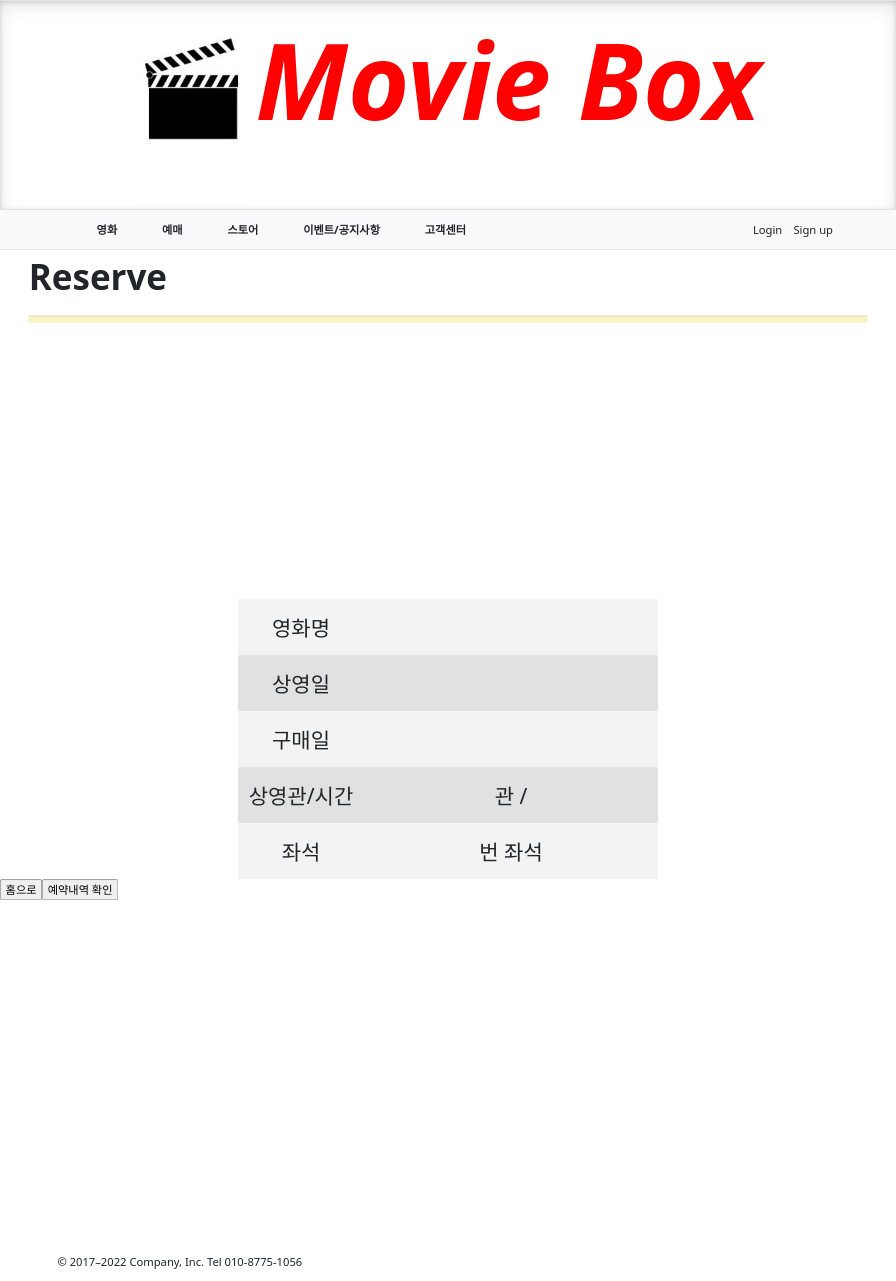
Repository: SpearManCN/MovieBox-2nd-Project-
Page: http://localhost/prj_01/WEB-INF/views/reserveInfo.jsp
The author's editor kept a copy of each file at every save. The page is drawn from the files as they stood at one save, then again after the next save.
The browser window is 1280 px wide. The pictures show the whole page, at 70% of full size.
The page is served by Tomcat 9. Nobody is signed in. Other server files are loaded and not shown. The template is opened directly, without the code that normally fills it, so the values that code supplies are empty.

Above is the page before, as saved 2022-12-20 12:53:11.

### Second project/prj_01/src/main/webapp/WEB-INF/views/reserveInfo.jsp
<%@ page language="java" contentType="text/html; charset=UTF-8"
    pageEncoding="UTF-8"%>
        <%@taglib prefix="c" uri="http://java.sun.com/jsp/jstl/core" %>
<!DOCTYPE html>
<html>
<head>
<meta name="viewport" content="width=device-width, initial-scale=1">
<meta charset="UTF-8">
<link href="https://cdn.jsdelivr.net/npm/bootstrap@5.2.3/dist/css/bootstrap.min.css" rel="stylesheet" integrity="sha384-rbsA2VBKQhggwzxH7pPCaAqO46MgnOM80zW1RWuH61DGLwZJEdK2Kadq2F9CUG65" crossorigin="anonymous">
<script src="/js/jquery-1.11.0.min.js"></script>

<script>
	$(function(){
		var seatStatus = "${requestScope.seatInfo}";


		for(var i=1; i<26; i++){
			if(seatStatus.charAt(i-1)=="0"){
				$("[name=s"+i+"]").css("background-color","red");
				$("[name=selSeat]").append("<option value="+i+">"+i+"</option>");
			}

		}return;



	});



</script>



























</head>
<body>
<%@include file="/WEB-INF/views/commonHeader.jsp" %>

<center>
<table width="1200px">
	<tr>
	<td align="left"><span style="font-size:50px; font-weight:bold;">Reserve</span>
	<tr>
	<td><hr style="height:10px; background-color:#EDD200;">
	<tr>
</table>
</center>
<br>
<br>






<table align="center" width="600px">
 <tr><td  height="330px" colspan="2"></td>
 </tr>
 <tr bgcolor="#F3F3F3" height="80px"><td align="center" width="30%" style="font-size:30px;">영화명</td><td align="center" style="font-size:30px;">${requestScope.reserveInfo["MOVIENAME"]}</td>
</tr>
 <tr bgcolor="#E1E1E1" height="80px"><td align="center" style="font-size:30px;">상영일</td><td align="center" style="font-size:30px;">${requestScope.reserveInfo["SHOWDATE"]}</td>
</tr>
 <tr bgcolor="#F3F3F3" height="80px"><td align="center" style="font-size:30px;">구매일</td><td align="center" style="font-size:30px;">${requestScope.reserveInfo["BUYDATE"]}</td>
</tr>
 <tr bgcolor="#E1E1E1" height="80px"><td align="center" style="font-size:30px;">상영관/시간</td><td align="center" style="font-size:30px;">${requestScope.reserveInfo["THEATERNO"]}관 / ${requestScope.reserveInfo["STARTTIME"]}</td>
</tr>
<tr bgcolor="#F3F3F3" height="80px"><td align="center" style="font-size:30px;">좌석</td><td align="center" style="font-size:30px;">${requestScope.reserveInfo["SEATNO"]}번 좌석</td>
</tr>
</table>
<input align="center" type="button" value="홈으로"><input aling="center" type="button" value="예약내역 확인">

<br><br><br><br><br><br><br><br>
















<%@include file="/WEB-INF/views/commonFooter.jsp" %>
</body>
</html>

### Second project/prj_01/src/main/webapp/WEB-INF/views/commonHeader.jsp
<%@ page language="java" contentType="text/html; charset=UTF-8"
    pageEncoding="UTF-8"%>



<script src="/js/jquery-1.11.0.min.js"></script>
<script>
function goLogin(){document.commonForm.action="/loginForm.do";document.commonForm.submit(); }
function goLoginJoin(){document.commonForm.action="/loginJoinForm.do";document.commonForm.submit();}
function goMyPage(){document.commonForm.action="/myPageHome.do";document.commonForm.submit(); }
function goMainForm(){document.commonForm.action="/mainForm.do";document.commonForm.submit(); }
function goLogout(){
	if(confirm("로그아웃 하시겠습니까?")){
		document.commonForm.action="/logout.do";document.commonForm.submit();
	}

	 }

</script>

<form name="commonForm" method="post"></form>
<div style="height:300px; background-color: white; border-width: 1px 0;
        box-shadow: inset 0 .5em 1.5em rgba(0, 0, 0, .1), inset 0 .125em .5em rgba(0, 0, 0, .15);         border: solid rgba(0, 0, 0, .15);
        border-width: 1px 0;" class="b-example-divider" align="center" >

 <span style="cursor:pointer" onclick="goMainForm();"><img src="resources/img/movieBox2.jpg" >
 <Span  style="font-size: 150px; color:red; font-weight: bold ; font-style: italic;" >Movie Box</Span>

 </span></div>

  <nav class="py-2 bg-light border-bottom">
    <div class="container d-flex flex-wrap">
      <ul class="nav me-auto">
      <li class="nav-item">&emsp;&emsp;&emsp;</li>
        <li class="nav-item"><a href="movieHome.do" class="nav-link link-dark px-2 active" aria-current="page" style="font-weight: bold ;" >영화</a></li>
         <li class="nav-item">&emsp;&emsp;&emsp;</li>
        <li class="nav-item"><a href="reserveForm.do" class="nav-link link-dark px-2" style="font-weight: bold ;">예매</a></li>
         <li class="nav-item">&emsp;&emsp;&emsp;</li>
        <li class="nav-item"><a href="/storeForm.do" class="nav-link link-dark px-2" style="font-weight: bold ;">스토어</a></li>
         <li class="nav-item">&emsp;&emsp;&emsp;</li>
        <li class="nav-item"><a href="/eventForm.do" class="nav-link link-dark px-2" style="font-weight: bold ;">이벤트/공지사항</a></li>
          <li class="nav-item">&emsp;&emsp;&emsp;</li>
        <li class="nav-item"><a href="/serviceForm.do" class="nav-link link-dark px-2" style="font-weight: bold ;">고객센터</a></li>

       </ul>
      <ul class="nav">

      		<%
      		if(session.getAttribute("memNo")==null){session.setAttribute("memNo",0);}
			int memNo = (int)session.getAttribute("memNo");
			if(memNo==0){	%>
        <li class="nav-item"><span class="nav-link link-dark px-2" style="cursor:pointer" onclick="goLogin();">Login</span></li>
			        <li class="nav-item"><span class="nav-link link-dark px-2" style="cursor:pointer" onclick="goLoginJoin();">Sign up</span></li>

			<%}else if(memNo==1){%>
			        <li class="nav-item"><span class="nav-link link-dark px-2" style="cursor:pointer" onclick="goAdmin();">AdminPage</span></li>

    				   <li class="nav-item"><span class="nav-link link-dark px-2" style="cursor:pointer" onclick="goLogout();">Logout</span></li>

			<%}else {%>
			      <li class="nav-item"><span class="nav-link link-dark px-2" style="cursor:pointer" onclick="goMyPage();">My Page</span></li>
    				   <li class="nav-item"><span class="nav-link link-dark px-2" style="cursor:pointer" onclick="goLogout();">Logout</span></li>
 				<%}
		%>






      </ul>
    </div>
  </nav>

### Second project/prj_01/src/main/webapp/WEB-INF/views/commonFooter.jsp
<%@ page language="java" contentType="text/html; charset=UTF-8"
    pageEncoding="UTF-8"%>
<!--====================================================================-->


<br>
<br><br><br><br><br><br><br><br><br><br><br>
<br><br>

  <footer class="container">
    <p class="float-end"></p>
    <p>&copy; 2017–2022 Company, Inc. Tel 010-8775-1056 </p>
  </footer>

<script src="https://cdn.jsdelivr.net/npm/bootstrap@5.2.3/dist/js/bootstrap.bundle.min.js" integrity="sha384-kenU1KFdBIe4zVF0s0G1M5b4hcpxyD9F7jL+jjXkk+Q2h455rYXK/7HAuoJl+0I4" crossorigin="anonymous"></script>

Loaded but not shown: Second project/prj_01/src/main/resources/static/js/jquery-1.11.0.min.js (library)

After the next save:
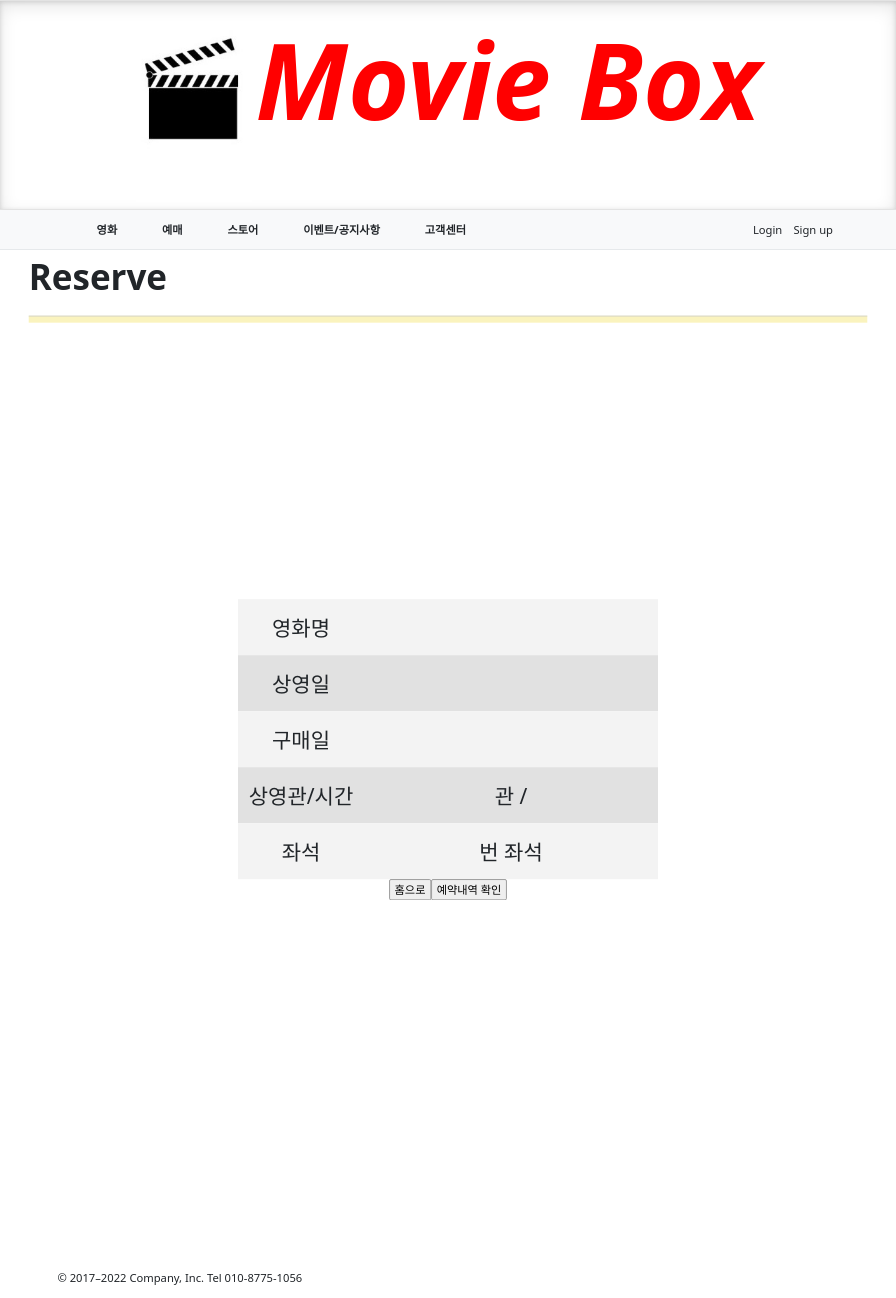
Saved 19 s later.
--- a/Second project/prj_01/src/main/webapp/WEB-INF/views/reserveInfo.jsp
+++ b/Second project/prj_01/src/main/webapp/WEB-INF/views/reserveInfo.jsp
@@ -91,8 +91,9 @@
 <tr bgcolor="#F3F3F3" height="80px"><td align="center" style="font-size:30px;">좌석</td><td align="center" style="font-size:30px;">${requestScope.reserveInfo["SEATNO"]}번 좌석</td>
 </tr>
 </table>
+<div align="center">
 <input align="center" type="button" value="홈으로"><input aling="center" type="button" value="예약내역 확인">
-
+</div>
 <br><br><br><br><br><br><br><br>
 
 
